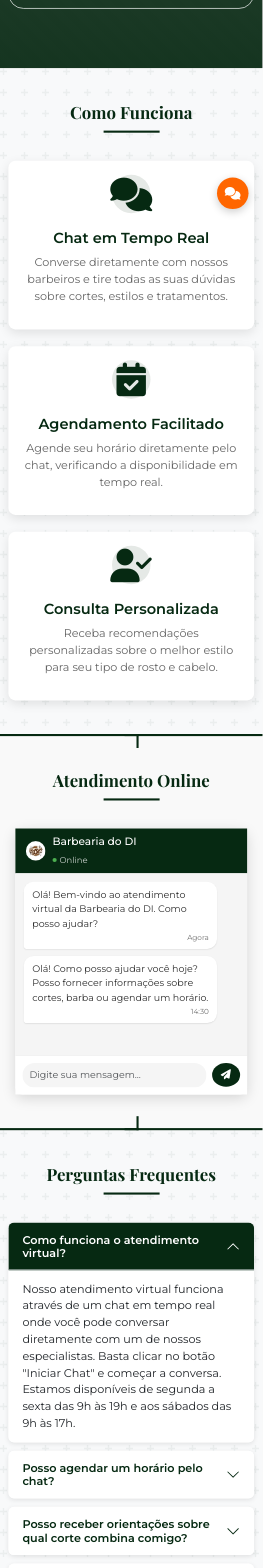
Repository: MichelAlmeida1990/Barbearia-do-Di
Page: atendimento-virtual.html
The author's editor kept a copy of each file at every save. The page is drawn from the files as they stood at one save, then again after the next save.
The browser window is 375 px wide. The pictures show the part of the page from y = 482 to 2722 px (the page is 4088 px tall before and 4108 px after), at 70% of full size.
Pictures or frames that could not be fetched are drawn as grey boxes.

Above is the page before, as saved 2025-04-29 23:50:54.

After the next save:
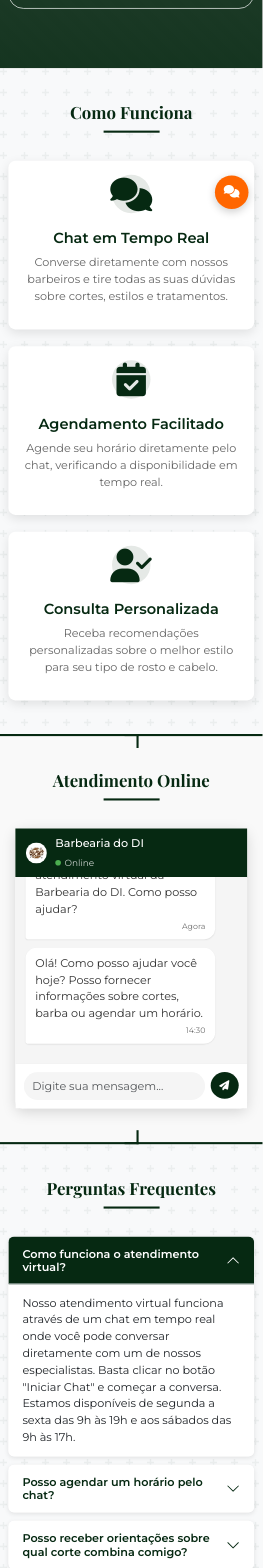
Saved 59 s later.
--- a/atendimento-virtual.css
+++ b/atendimento-virtual.css
@@ -32,22 +32,22 @@
     transform: scale(1.05);
   }
 
-  /* Estilos do chat - REDUZIDO */
+  /* Estilos do chat */
   .chat-container {
     border-radius: 10px;
     box-shadow: 0 5px 20px rgba(0, 0, 0, 0.15);
     background-color: #fff;
-    max-width: 650px; /* Reduzido de 800px */
+    max-width: 800px;
     margin: 0 auto;
     display: flex;
     flex-direction: column;
-    height: 450px; /* Reduzido de 550px */
+    height: 550px;
   }
 
   .chat-header {
     background-color: #062912;
     color: white;
-    padding: 10px 15px; /* Reduzido de 12px 15px */
+    padding: 12px 15px;
     display: flex;
     align-items: center;
     justify-content: space-between;
@@ -59,17 +59,17 @@
   }
 
   .chat-avatar {
-    width: 32px; /* Reduzido de 38px */
-    height: 32px; /* Reduzido de 38px */
-    border-radius: 50%;
-    margin-right: 10px; /* Reduzido de 12px */
+    width: 38px;
+    height: 38px;
+    border-radius: 50%;
+    margin-right: 12px;
     object-fit: cover;
     background-color: white;
     padding: 2px;
   }
 
   .status {
-    font-size: 0.75rem; /* Reduzido de 0.8rem */
+    font-size: 0.8rem;
     color: rgba(255, 255, 255, 0.8);
     display: flex;
     align-items: center;
@@ -77,17 +77,17 @@
   }
 
   .status-dot {
-    width: 6px; /* Reduzido de 8px */
-    height: 6px; /* Reduzido de 8px */
+    width: 8px;
+    height: 8px;
     background-color: #4CAF50;
     border-radius: 50%;
     display: inline-block;
-    margin-right: 4px; /* Reduzido de 5px */
+    margin-right: 5px;
   }
 
   .chat-messages {
     flex: 1;
-    padding: 12px; /* Reduzido de 15px */
+    padding: 15px;
     overflow-y: auto;
     background-color: #f5f5f5;
     display: flex;
@@ -96,8 +96,8 @@
 
   .message {
     display: flex;
-    margin-bottom: 10px; /* Reduzido de 12px */
-    max-width: 85%; /* Aumentado de 80% para melhor uso do espaço reduzido */
+    margin-bottom: 12px;
+    max-width: 80%;
   }
 
   .message.sent {
@@ -109,8 +109,8 @@
   }
 
   .message-content {
-    padding: 8px 12px; /* Reduzido de 10px 14px */
-    border-radius: 14px; /* Reduzido de 16px */
+    padding: 10px 14px;
+    border-radius: 16px;
     position: relative;
   }
 
@@ -128,12 +128,11 @@
   }
 
   .message-content p {
-    margin: 0 0 3px 0; /* Reduzido de 4px */
-    font-size: 0.9rem; /* Adicionado para reduzir o tamanho do texto */
+    margin: 0 0 4px 0;
   }
 
   .message-time {
-    font-size: 0.65rem; /* Reduzido de 0.7rem */
+    font-size: 0.7rem;
     opacity: 0.7;
     display: block;
     text-align: right;
@@ -141,7 +140,7 @@
 
   .chat-input {
     display: flex;
-    padding: 10px; /* Reduzido de 12px */
+    padding: 12px;
     background-color: white;
     border-top: 1px solid #eee;
   }
@@ -149,11 +148,10 @@
   .chat-input input {
     flex: 1;
     border: none;
-    padding: 8px 12px; /* Reduzido de 10px 15px */
-    border-radius: 18px; /* Reduzido de 20px */
+    padding: 10px 15px;
+    border-radius: 20px;
     background-color: #f5f5f5;
     margin-right: 8px;
-    font-size: 0.9rem; /* Adicionado para reduzir o tamanho do texto */
   }
 
   .chat-input input:focus {
@@ -162,8 +160,8 @@
   }
 
   .chat-input button {
-    width: 36px; /* Reduzido de 42px */
-    height: 36px; /* Reduzido de 42px */
+    width: 42px;
+    height: 42px;
     border-radius: 50%;
     display: flex;
     align-items: center;
@@ -183,9 +181,9 @@
   .chat-offline {
     background-color: white;
     border-radius: 10px;
-    padding: 20px; /* Reduzido de 25px */
+    padding: 25px;
     box-shadow: 0 5px 20px rgba(0, 0, 0, 0.15);
-    max-width: 650px; /* Reduzido de 800px */
+    max-width: 800px;
     margin: 0 auto;
     display: none;
   }
@@ -197,12 +195,11 @@
 
   .chat-offline h3 {
     color: #062912;
-    margin-bottom: 12px; /* Reduzido de 15px */
-    font-size: 1.3rem; /* Adicionado para reduzir o tamanho do título */
+    margin-bottom: 15px;
   }
 
   .chat-offline ul {
-    margin: 12px 0; /* Reduzido de 15px */
+    margin: 15px 0;
   }
 
   /* Botão flutuante de chat */
@@ -210,15 +207,15 @@
     position: fixed;
     bottom: 25px;
     right: 25px;
-    width: 50px; /* Reduzido de 55px */
-    height: 50px; /* Reduzido de 55px */
+    width: 55px;
+    height: 55px;
     background-color: #ff6600;
     color: white;
     border-radius: 50%;
     display: flex;
     align-items: center;
     justify-content: center;
-    font-size: 20px; /* Reduzido de 22px */
+    font-size: 22px;
     box-shadow: 0 4px 12px rgba(0, 0, 0, 0.2);
     cursor: pointer;
     z-index: 1000;
@@ -271,24 +268,24 @@
   /* Animação de digitação para o chat */
   .typing {
     display: flex;
-    margin-bottom: 10px; /* Reduzido de 12px */
+    margin-bottom: 12px;
     align-self: flex-start;
   }
 
   .typing-indicator {
     display: flex;
-    padding: 8px 12px; /* Reduzido de 10px 14px */
-    border-radius: 14px; /* Reduzido de 16px */
+    padding: 10px 14px;
+    border-radius: 16px;
     background-color: #e6e6e6;
-    width: 50px; /* Reduzido de 60px */
+    width: 60px;
   }
 
   .typing-dot {
-    width: 6px; /* Reduzido de 7px */
-    height: 6px; /* Reduzido de 7px */
+    width: 7px;
+    height: 7px;
     border-radius: 50%;
     background-color: #999;
-    margin: 0 2px; /* Reduzido de 3px */
+    margin: 0 3px;
     animation: typingAnimation 1.2s infinite ease-in-out;
   }
 
@@ -306,7 +303,7 @@
 
   @keyframes typingAnimation {
     0%, 100% { transform: translateY(0); }
-    50% { transform: translateY(-3px); } /* Reduzido de -4px */
+    50% { transform: translateY(-4px); }
   }
 
   /* Links no chat */
@@ -314,7 +311,6 @@
     color: inherit;
     text-decoration: underline;
     font-weight: 500;
-    font-size: 0.9rem; /* Adicionado para reduzir o tamanho do texto */
   }
 
   .message.received .message-content a.text-success {
@@ -328,7 +324,7 @@
   /* Responsividade */
   @media (max-width: 768px) {
     .chat-container {
-      height: 420px; /* Reduzido de 480px */
+      height: 480px;
       margin: 0 10px;
     }
 
@@ -337,8 +333,8 @@
     }
 
     .chat-float-button {
-      width: 45px; /* Reduzido de 48px */
-      height: 45px; /* Reduzido de 48px */
+      width: 48px;
+      height: 48px;
       font-size: 18px;
       bottom: 20px;
       right: 20px;
@@ -356,26 +352,25 @@
 
   @media (max-width: 576px) {
     .chat-container {
-      height: 380px; /* Reduzido de 400px */
+      height: 400px;
     }
 
     .chat-header h4 {
-      font-size: 0.95rem; /* Reduzido de 1rem */
+      font-size: 1rem;
     }
 
     .chat-avatar {
-      width: 28px; /* Reduzido de 30px */
-      height: 28px; /* Reduzido de 30px */
+      width: 30px;
+      height: 30px;
     }
 
     .chat-input input {
-      padding: 7px 10px; /* Reduzido de 8px 12px */
-      font-size: 0.85rem; /* Adicionado para reduzir o tamanho do texto */
+      padding: 8px 12px;
     }
 
     .chat-input button {
-      width: 34px; /* Reduzido de 38px */
-      height: 34px; /* Reduzido de 38px */
+      width: 38px;
+      height: 38px;
     }
 
     .hero-section .d-flex {
@@ -386,8 +381,4 @@
       margin-bottom: 10px;
       width: 100%;
     }
-
-    .message-content p {
-      font-size: 0.85rem; /* Reduzido ainda mais para telas pequenas */
-    }
-  }
+  }
